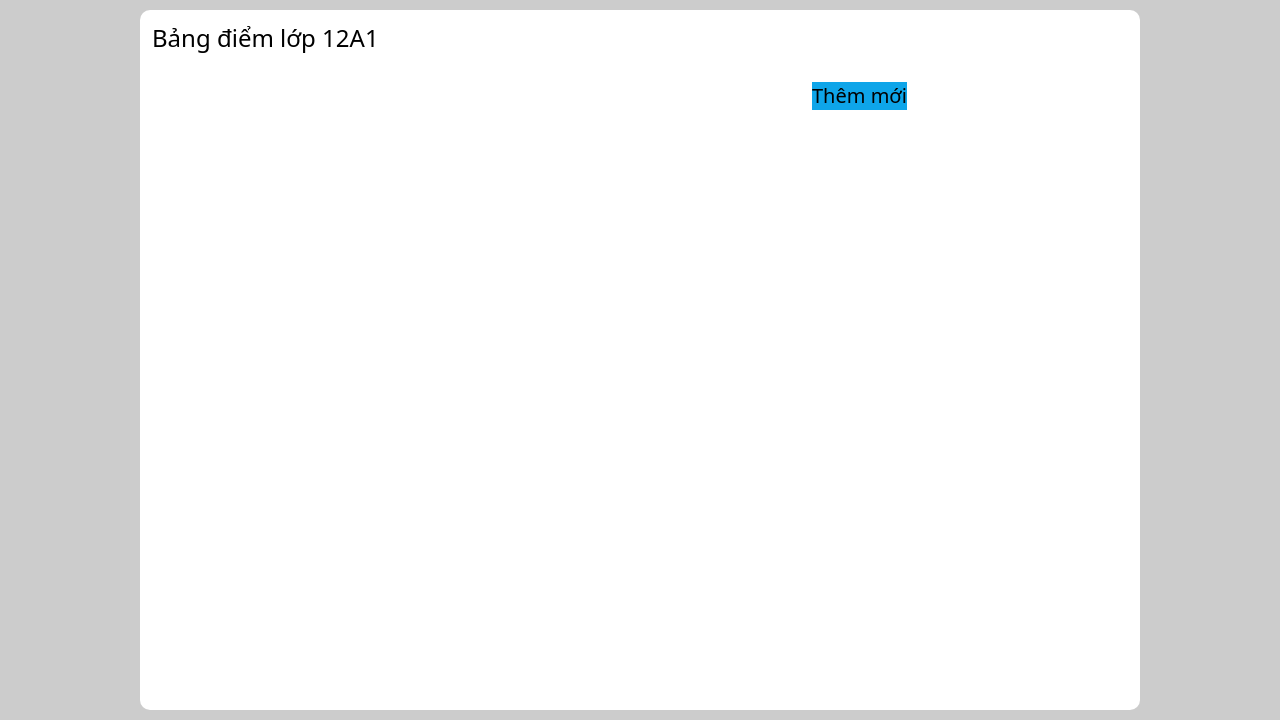
Repository: doducthuan/ReactJS-Movie
Page: /
The author's editor kept a copy of each file at every save. The page is drawn from the files as they stood at one save, then again after the next save.
The browser window is 1280 px wide. The pictures show the whole page.
The project was rebuilt for these pictures with package versions that can differ from the ones it lists, and the page was loaded fresh each time. Also part of the build but not shown: src/App.css.

Above is the page before, as saved 2024-01-13 05:52:00.

### public/index.html
<!DOCTYPE html>
<html lang="en">
  <head>
    <meta charset="utf-8" />
    <link rel="icon" href="%PUBLIC_URL%/avatar_rmbg.png" />
    <meta name="viewport" content="width=device-width, initial-scale=1" />
    <meta name="theme-color" content="#000000" />
    <meta
      name="description"
      content="Web site created using create-react-app"
    />
    <link rel="apple-touch-icon" href="%PUBLIC_URL%/logo192.png" />
    <!--
      manifest.json provides metadata used when your web app is installed on a
      user's mobile device or desktop. See https://developers.google.com/web/fundamentals/web-app-manifest/
    -->
    <link rel="manifest" href="%PUBLIC_URL%/manifest.json" />
    <!--
      Notice the use of %PUBLIC_URL% in the tags above.
      It will be replaced with the URL of the `public` folder during the build.
      Only files inside the `public` folder can be referenced from the HTML.

      Unlike "/favicon.ico" or "favicon.ico", "%PUBLIC_URL%/favicon.ico" will
      work correctly both with client-side routing and a non-root public URL.
      Learn how to configure a non-root public URL by running `npm run build`.
    -->
    <title>Mèo Hen</title>
  </head>
  <body>
    <noscript>You need to enable JavaScript to run this app.</noscript>
    <div id="root"></div>
    <!--
      This HTML file is a template.
      If you open it directly in the browser, you will see an empty page.

      You can add webfonts, meta tags, or analytics to this file.
      The build step will place the bundled scripts into the <body> tag.

      To begin the development, run `npm start` or `yarn start`.
      To create a production bundle, use `npm run build` or `yarn build`.
    -->
  </body>
</html>

### src/App.js
//import SignIn from './components/account/SignIn';
import './App.css';
import Students from './components/students/Students';
//import AdminLayout from './components/shared/AdminLayout';

function App() {
  return (
    <div className="App">
      <Students></Students>
    </div>
  );
}

export default App;

### src/components/students/Students.js
import React from 'react';
import './styles.css';
const Students = () => {
    return (
        <div className="full-view">
            <div className="border-data">
                <p className="font-sans text-2xl ml-3 mt-3">Bảng điểm lớp 12A1</p>
                <div className="search-add mt-7 ml-6 flex">
                    <input className="search-all"/>
                    <button className="font-sans text-xl bg-sky-500">Thêm mới</button>
                </div>
            </div>
        </div>
    );
};

export default Students;

### src/components/students/styles.css
.full-view{
    display: flex;
    justify-content: center;
    align-items: center;
    height: 100vh;
    background-color: #ccc;
}
.border-data{
    width: 1000px;
    height: 700px;
    background-color: #fff;
    border-radius: 10px;
}
.search-add{
    gap: 400px;
}

Loaded but not shown: src/index.js (common file); src/index.css (common file); src/reportWebVitals.js (common file); tailwind.config.js (common file)

After the next save:
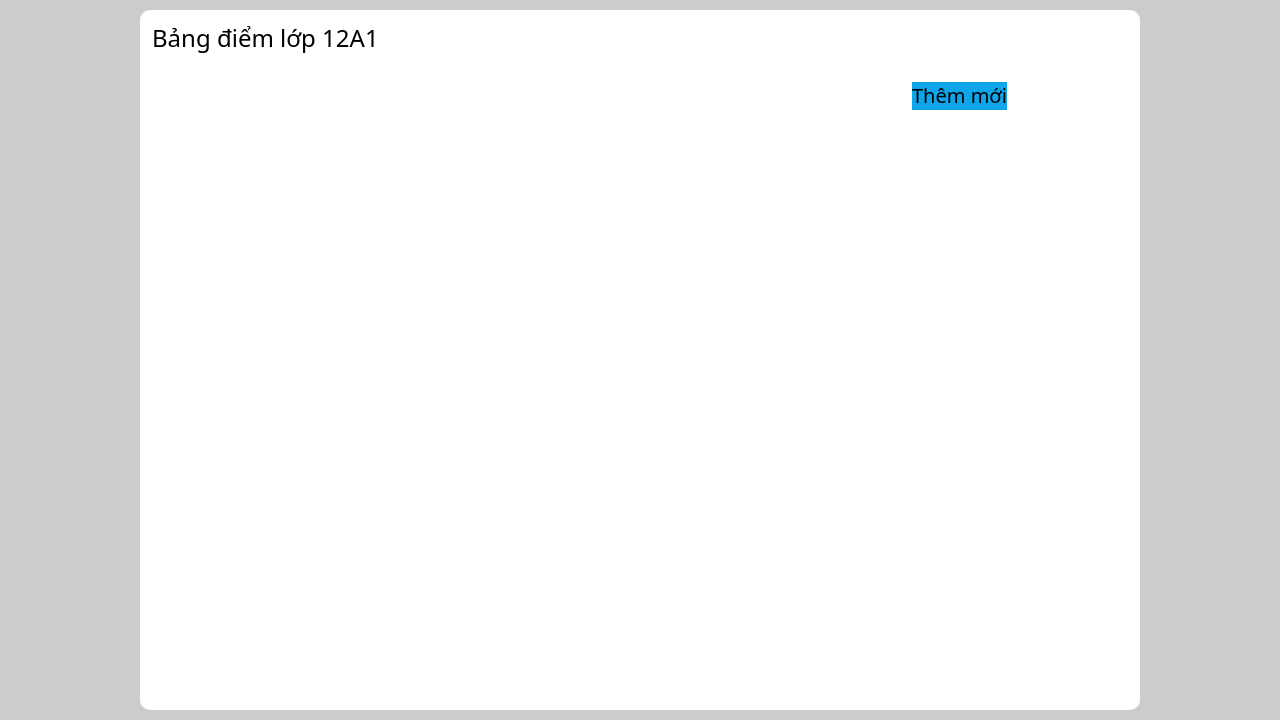
Saved 6 s later.
--- a/src/components/students/styles.css
+++ b/src/components/students/styles.css
@@ -12,5 +12,5 @@
     border-radius: 10px;
 }
 .search-add{
-    gap: 400px;
+    gap: 500px;
 }
